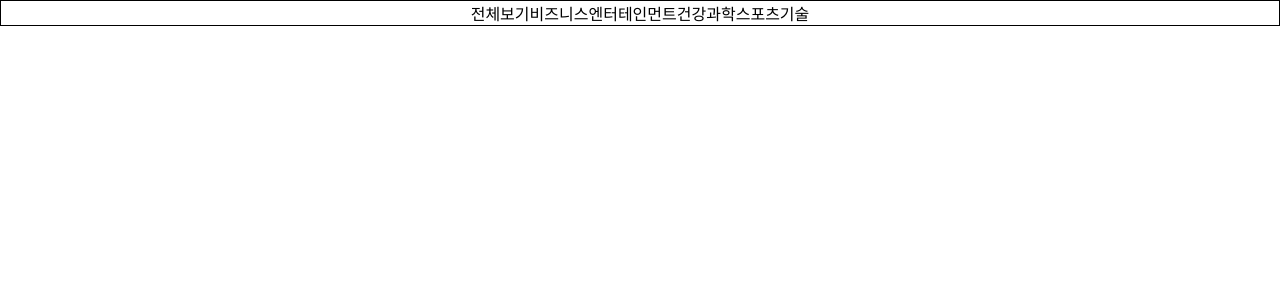
Repository: parkhyeonki/news-viewer
Page: /
The author's editor kept a copy of each file at every save. The page is drawn from the files as they stood at one save, then again after a run of saves.
The browser window is 1280 px wide. The pictures show the whole page.
The page's requests for data from a server got no answer. The project was rebuilt for these pictures with package versions that can differ from the ones it lists, and the page was loaded fresh each time. No one was signed in, and anything a server would have sent is missing. Also part of the build but not shown: src/App.css, src/components/NewsItem/NewsItem.js.

Above is the page before, as saved 2022-05-19 15:46:51.

### src/App.js
import './App.css';
import Categories from './components/Categories/Categories';
import NewsList from './components/NewsList/NewsList';

function App() {
  return (
    <>
      <Categories />
      <NewsList />
    </>
  );
}

export default App;

### src/components/Categories/Categories.js
import React from 'react';
import styled from 'styled-components';
const categories = [
  {
    name: 'all',
    text: '전체보기',
  },
  {
    name: 'business',
    text: '비즈니스',
  },
  {
    name: 'entertainment',
    text: '엔터테인먼트',
  },
  {
    name: 'health',
    text: '건강',
  },
  {
    name: 'science',
    text: '과학',
  },
  {
    name: 'sports',
    text: '스포츠',
  },
  {
    name: 'technology',
    text: '기술',
  },
];

const CategoriesBlock = styled.div`
  display: flex;
  align-items: center;
  justify-content: center;
  border: 1px solid black;
`;

const Category = styled.div``;

const Categories = () => {
  return (
    <CategoriesBlock>
      {categories.map((category) => (
        <Category key={category.name}>{category.text}</Category>
      ))}
    </CategoriesBlock>
  );
};

export default Categories;

### src/components/NewsList/NewsList.js
import axios from 'axios';
import React, { useEffect, useState } from 'react';
import styled from 'styled-components';
import NewsItem from '../NewsItem/NewsItem';
const NewsListBlock = styled.div`
  box-sizing: border-box;
  padding-bottom: 3rem;
  width: 768px;
  margin: 0 auto;
  margin-top: 2rem;
  @media screen and (max-width: 768px) {
    width: 100%;
    padding-left: 1rem;
    padding-right: 1rem;
  }
`;
const NewsList = () => {
  const [articles, setArticles] = useState(null);
  const [loading, setLoading] = useState(false);

  useEffect(() => {
    const fetchData = async () => {
      setLoading(true);
      try {
        const response = await axios.get(
          'https://newsapi.org/v2/top-headlines?country=kr&category=business&apiKey=05f1b59ba99c4b2cb7579cb88e16cfcd',
        );
        setArticles(response.data.articles);
      } catch (e) {
        console.log(e);
      }
      setLoading(false);
    };
    fetchData();
  }, []);

  if (loading) {
    return <NewsListBlock>loading...</NewsListBlock>;
  }

  if (!articles) {
    return null;
  }
  return (
    <NewsListBlock>
      {articles.map((article) => (
        <NewsItem key={article.url} article={article} />
      ))}
    </NewsListBlock>
  );
};

export default NewsList;

Loaded but not shown: public/index.html (common file); src/index.js (common file); src/index.css (common file); src/reportWebVitals.js (common file)

After the next 2 saves:
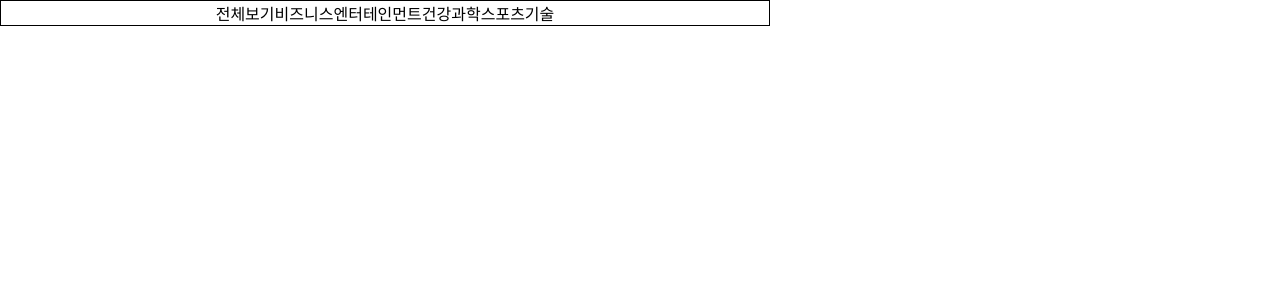
The 2 saves are shown as one change because they came seconds apart.
The last was saved 25 s later.
--- a/src/components/Categories/Categories.js
+++ b/src/components/Categories/Categories.js
@@ -36,6 +36,7 @@ const CategoriesBlock = styled.div`
   align-items: center;
   justify-content: center;
   border: 1px solid black;
+  width: 768px;
 `;
 
 const Category = styled.div``;
